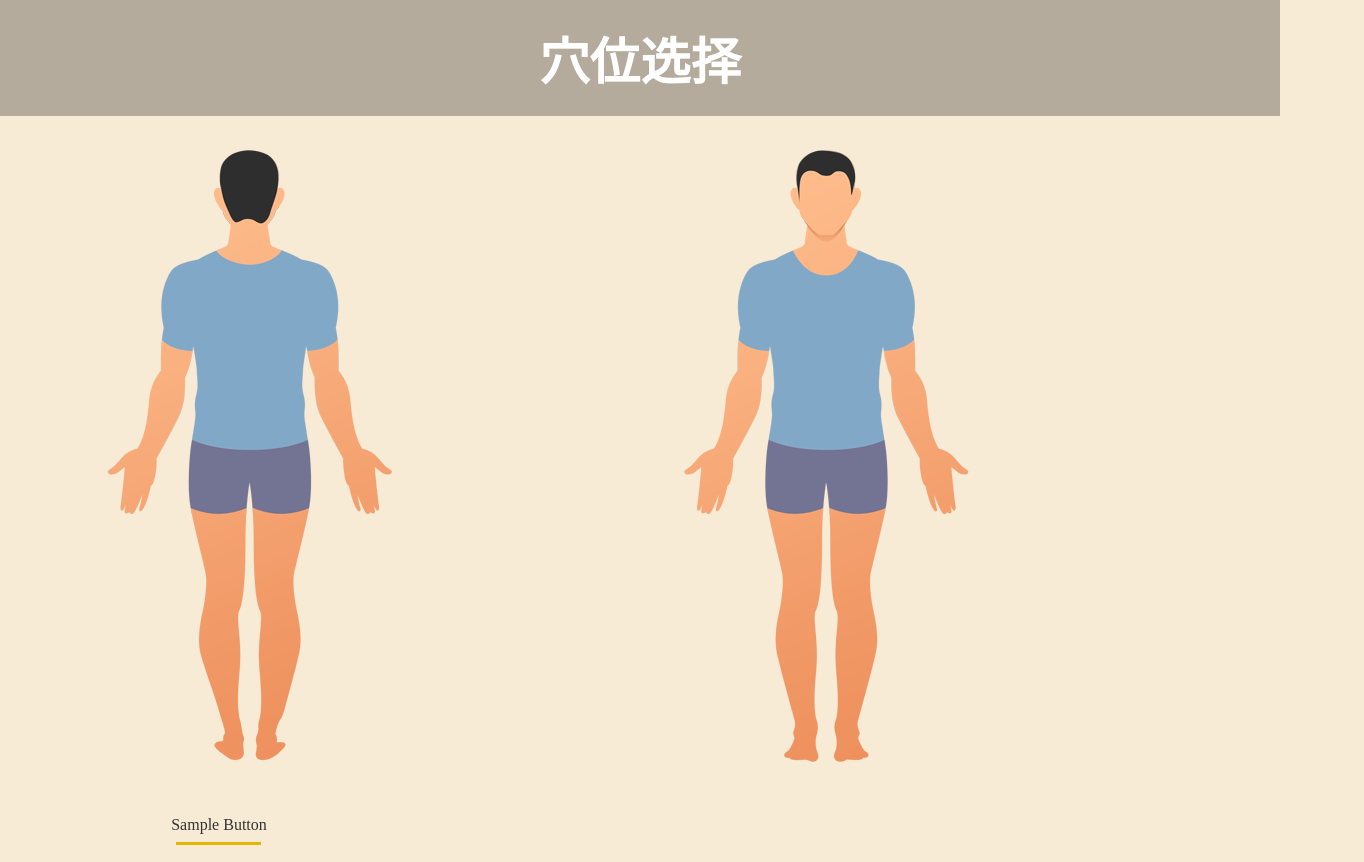
Repository: chjyume/zhongyi
Page: xuewei.html
The author's editor kept a copy of each file at every save. The page is drawn from the files as they stood at one save, then again after the next save.
The browser window is 1280 px wide. The page is 1280 px wide, then 1364 px, so the pictures cover 1364 px, including what lies to the right of the window. The pictures show the whole page.

Above is the page before, as saved 2023-09-12 20:04:54.

After the next save:
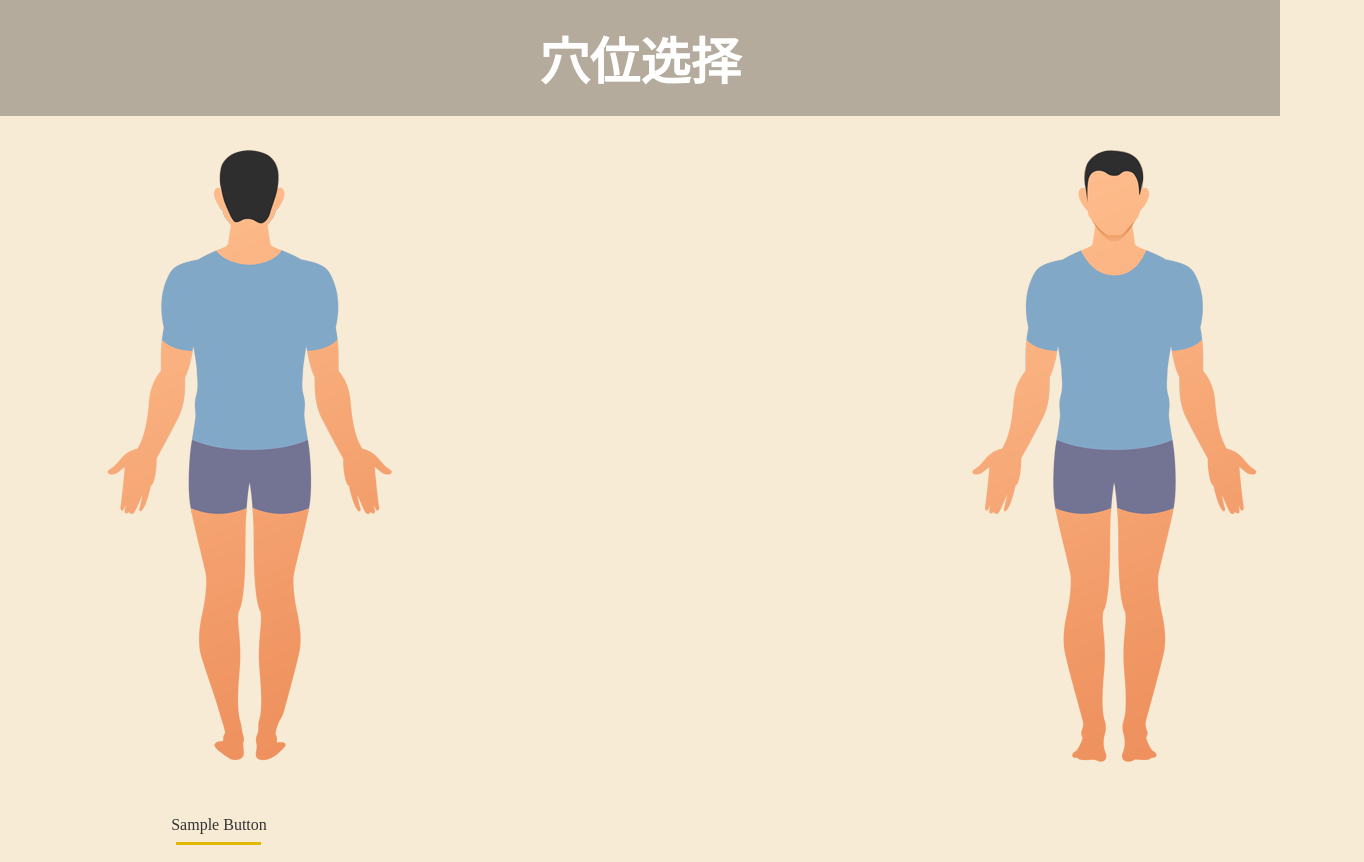
Saved 17 s later.
--- a/css/xuewei.css
+++ b/css/xuewei.css
@@ -21,12 +21,12 @@ margin: 0;
 }
 .img1{
     position: absolute;
-    left:20vh;
+    left:40vh;
     z-index: 1;
 }
 .img1 {
     position: absolute;
-    left: 80vh;
+    left: 120vh;
     z-index: 1;
 }
 .btn-wrapper {
